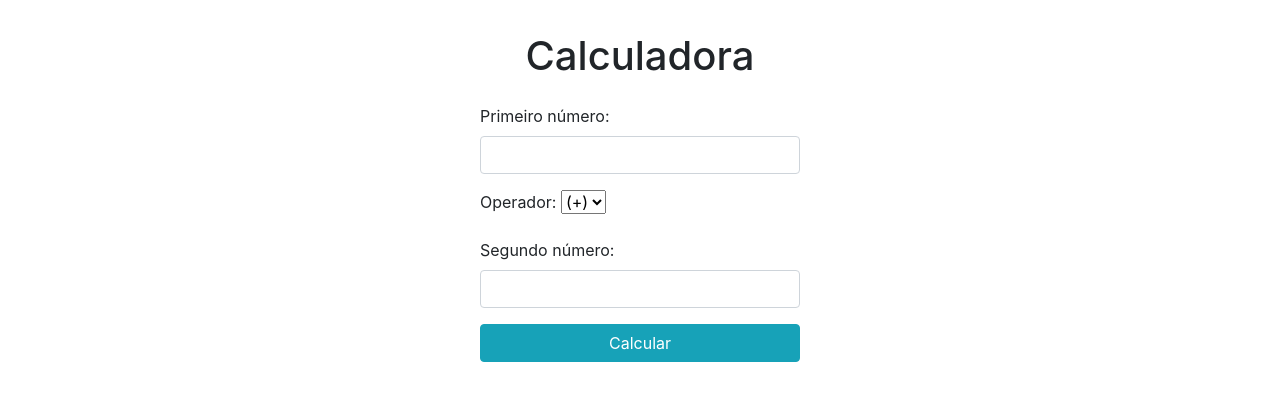
Repository: babirms/DAC
Page: Calculadora/WebContent/home.html
These files come from the project's save history. The page is drawn as it stood at one moment and after the next save; the edit follows.
The browser window is 1280 px wide. The pictures show the whole page.

Above is the page before, as saved 2020-09-20 23:21:10.
Console error (its wording comes from the project's code and is left out).

### Calculadora/WebContent/home.html
<!DOCTYPE html>
<html>
<head>
<meta charset="ISO-8859-1">
<title>Calculadora - Página Inicial</title>
<link href="bootstrap/css/bootstrap.min.css" rel="stylesheet"
	type="text/css" />
<script type="text/javascript" src="bootstrap/js/bootstrap.min.js"></script>
</head>
<body>
	<div class="d-flex flex-column align-items-center col-xs-8">
	<div class="container p-3" style="width:352px;">
		<h1 class="p-3 text-center">Calculadora</h1>
		<form action="CalculadoraServlet" method="get">
			<div class="form-group">
				<label for="primeiroNum">Primeiro número: </label> <input
					type="number" class="form-control" name="primeiroValue"
					id="primeiroNum" required>
			</div>
			<div class="form-group">
				<label>Operador: </label> <select name="operacao">
					<option value="+">(+)</option>
					<option value="-">(-)</option>
					<option value="x">(x)</option>
					<option value="/">(/)</option>
				</select>
			</div>
			<div class="form-group">
				<label for="segundoNum">Segundo número: </label> <input
					type="number" id="segundoNum" class="form-control"
					name="segundoValue" required>
			</div>
			<button class="btn btn-info btn-block" type="submit">Calcular</button>
		</form>
	</div></div>
</body>
</html>

Loaded but not shown: Calculadora/WebContent/bootstrap/css/bootstrap.min.css (library); Calculadora/WebContent/bootstrap/js/bootstrap.min.js (library)

After the next save:
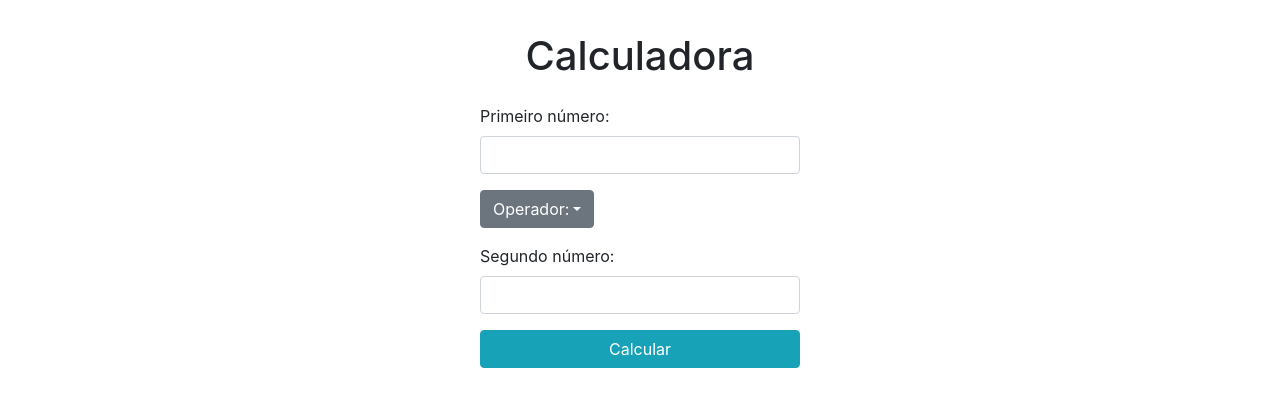
Saved 9 min 53 s later.
--- a/Calculadora/WebContent/home.html
+++ b/Calculadora/WebContent/home.html
@@ -9,29 +9,36 @@
 </head>
 <body>
 	<div class="d-flex flex-column align-items-center col-xs-8">
-	<div class="container p-3" style="width:352px;">
-		<h1 class="p-3 text-center">Calculadora</h1>
-		<form action="CalculadoraServlet" method="get">
-			<div class="form-group">
-				<label for="primeiroNum">Primeiro número: </label> <input
-					type="number" class="form-control" name="primeiroValue"
-					id="primeiroNum" required>
-			</div>
-			<div class="form-group">
-				<label>Operador: </label> <select name="operacao">
-					<option value="+">(+)</option>
-					<option value="-">(-)</option>
-					<option value="x">(x)</option>
-					<option value="/">(/)</option>
-				</select>
-			</div>
-			<div class="form-group">
-				<label for="segundoNum">Segundo número: </label> <input
-					type="number" id="segundoNum" class="form-control"
-					name="segundoValue" required>
-			</div>
-			<button class="btn btn-info btn-block" type="submit">Calcular</button>
-		</form>
-	</div></div>
+		<div class="container p-3" style="width: 352px;">
+			<h1 class="p-3 text-center">Calculadora</h1>
+			<form action="CalculadoraServlet" method="get">
+				<div class="form-group">
+					<label for="primeiroNum">Primeiro número: </label> <input
+						type="number" class="form-control" name="primeiroValue"
+						id="primeiroNum" required>
+				</div>
+				<div class="form-group">
+					<div class="dropdown">
+						<button class="btn btn-secondary dropdown-toggle" type="button"
+							id="dropdownMenuButton" data-toggle="dropdown"
+							aria-haspopup="true" aria-expanded="false">Operador:</button>
+							 <div class="dropdown-menu" aria-labelledby="dropdownMenuButton">
+						<select name="operacao">
+							<option value="+" class="shadow-sm p-3 mb-5 bg-white rounded">(+)</option>
+							<option value="-">(-)</option>
+							<option value="x">(x)</option>
+							<option value="/">(/)</option>
+						</select></div>
+					</div>
+				</div>
+				<div class="form-group">
+					<label for="segundoNum">Segundo número: </label> <input
+						type="number" id="segundoNum" class="form-control"
+						name="segundoValue" required>
+				</div>
+				<button class="btn btn-info btn-block" type="submit">Calcular</button>
+			</form>
+		</div>
+	</div>
 </body>
 </html>
